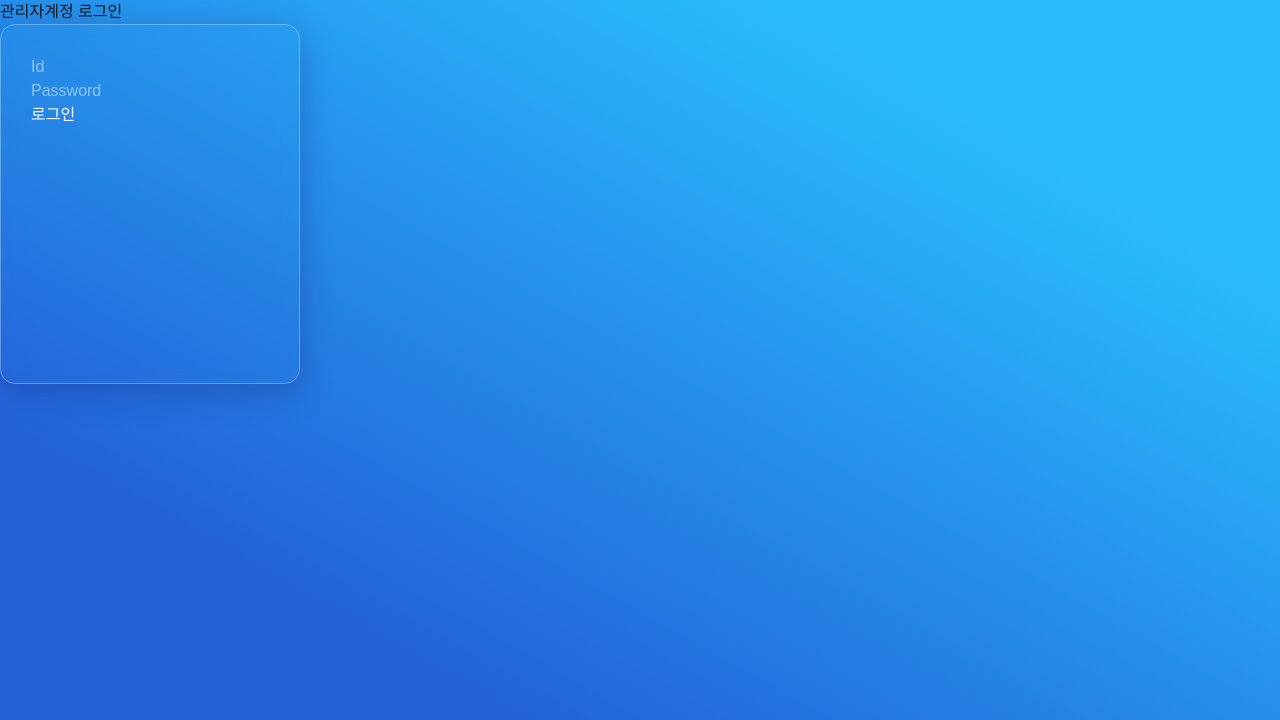
Repository: LEEYONGJUN3068/cms
Page: /login
An editor plug-in stored every save of this project. The page is shown before and after the next save, followed by the edit.
The browser window is 1280 px wide. The pictures show the whole page.
The page's requests for data from a server got no answer. The project was rebuilt for these pictures with package versions that can differ from the ones it lists, and the page was loaded fresh each time. The framework's server and built-in components were replaced by stand-ins that run in the browser. No one was signed in, and anything a server would have sent is missing. Also part of the build but not shown: next.config.mjs.

Above is the page before, as saved 2025-09-23 13:27:08.

### src/app/layout.js
import { Geist, Geist_Mono } from "next/font/google";
import "./globals.css";
import AppLoader from "@/components/AppLoader";

const geistSans = Geist({
  variable: "--font-geist-sans",
  subsets: ["latin"],
});

const geistMono = Geist_Mono({
  variable: "--font-geist-mono",
  subsets: ["latin"],
});

export const metadata = {
  title: "Create Next App",
  description: "Generated by create next app",
};

export default function RootLayout({ children }) {
  return (
    <html lang="en">
      <body
        className={`${geistSans.variable} ${geistMono.variable} antialiased`}
      >
        <AppLoader>{children}</AppLoader>
      </body>
    </html>
  );
}

### src/app/login/page.jsx
'use client'
import { useState } from 'react'
import { supabase } from '@/lib/supabaseClient'
import { useRouter } from 'next/navigation'
import styles from './login.module.scss'

export default function Login() {
  const [email,setEmail] = useState('')
  const [password,setPassword] = useState('')
  const router = useRouter()

  const handleLogin = async (e) => {
    e.preventDefault()
    const { data, error } = await supabase.auth.signInWithPassword({ email, password })
    if (error) alert(error.message)
    else router.push('/dashboard')
  }

  return (
    <div className={styles.loginContainer}>
      <h2>관리자계정 로그인</h2>
      <div className={styles.form}>
        <form onSubmit={handleLogin}>
          <input
            type="email"
            placeholder="Id"
            value={email}
            onChange={(e)=>setEmail(e.target.value)}
            required
          />
          <input
            type="password"
            placeholder="Password"
            value={password}
            onChange={(e)=>setPassword(e.target.value)}
            required
          />
          <button type="submit">로그인</button>
        </form>
      </div>
    </div>
  )
}

### src/components/AppLoader.jsx
"use client";

import { useState, useEffect } from "react";
import dynamic from 'next/dynamic'; // dynamic import 추가

// LoadingScreen 컴포넌트를 dynamic으로 불러오고, ssr을 false로 설정합니다.
// 이렇게 하면 이 컴포넌트는 오직 브라우저에서만 렌더링됩니다.
const LoadingScreen = dynamic(() => import('./LoadingScreen'), { ssr: false });

const AppLoader = ({ children }) => {
  const [loading, setLoading] = useState(true);

  useEffect(() => {
    const isFirstVisit = sessionStorage.getItem("isFirstVisit");

    if (isFirstVisit) {
      setLoading(false);
    } else {
      sessionStorage.setItem("isFirstVisit", "false");
      setTimeout(() => {
        setLoading(false);
      }, 3000);
    }
  }, []);

  return loading ? <LoadingScreen /> : <>{children}</>;
};

export default AppLoader;

### src/app/login/login.module.scss
.loginContainer{
    background: linear-gradient(to bottom left, #29bcfd 20%, #2362d7 80%);
    width: 100%;
    height: 100vh;

    .form{
        width: 50%;
        height: 50vh;

  /* 2. 블러 효과: 배경을 흐릿하게 만듦 */
  backdrop-filter: blur(10px);
  -webkit-backdrop-filter: blur(10px); /* Safari 브라우저 지원 */

  /* 3. 테두리: 빛나는 테두리 효과 */
  border: 1px solid rgba(255, 255, 255, 0.3);

  /* 4. 그림자: 입체감 부여 */
  box-shadow: 0 8px 32px 0 rgba(31, 38, 135, 0.37);

  /* 기타 스타일 */
  border-radius: 15px;
  padding: 30px;
  width: 300px;
  color: white;
    }
}

### src/components/LoadingScreen.jsx
"use client";

// lottie-react에서 Player를 가져옵니다.
import { Player } from "@lottiefiles/react-lottie-player";

const LoadingScreen = () => {
  return (
    <div style={{
      position: 'fixed',
      top: 0,
      left: 0,
      width: '100%',
      height: '100%',
      backgroundColor: '#000',
      display: 'flex',
      flexDirection: 'column',
      justifyContent: 'center',
      alignItems: 'center',
      zIndex: 9999,
    }}>
        <p style={{
            fontSize: 'clamp(0px, 5vw, 32px)',
            fontWeight: 'bold',
        }}>
          포트폴리오 화면을 구성중입니다
        </p>
        <Player
          autoplay
          loop
          src="https://lottie.host/dfe9ce55-f0b7-4bb0-bcd2-241897b61dec/JhkEyDhSuU.json"
          style={{ width: 'clamp(0px, 50vw, 300px)', height: 'auto' }}
        />
    </div>
  );
};

export default LoadingScreen;

Loaded but not shown: src/app/globals.css (common file); src/lib/supabaseClient.js (common file)

After the next save:
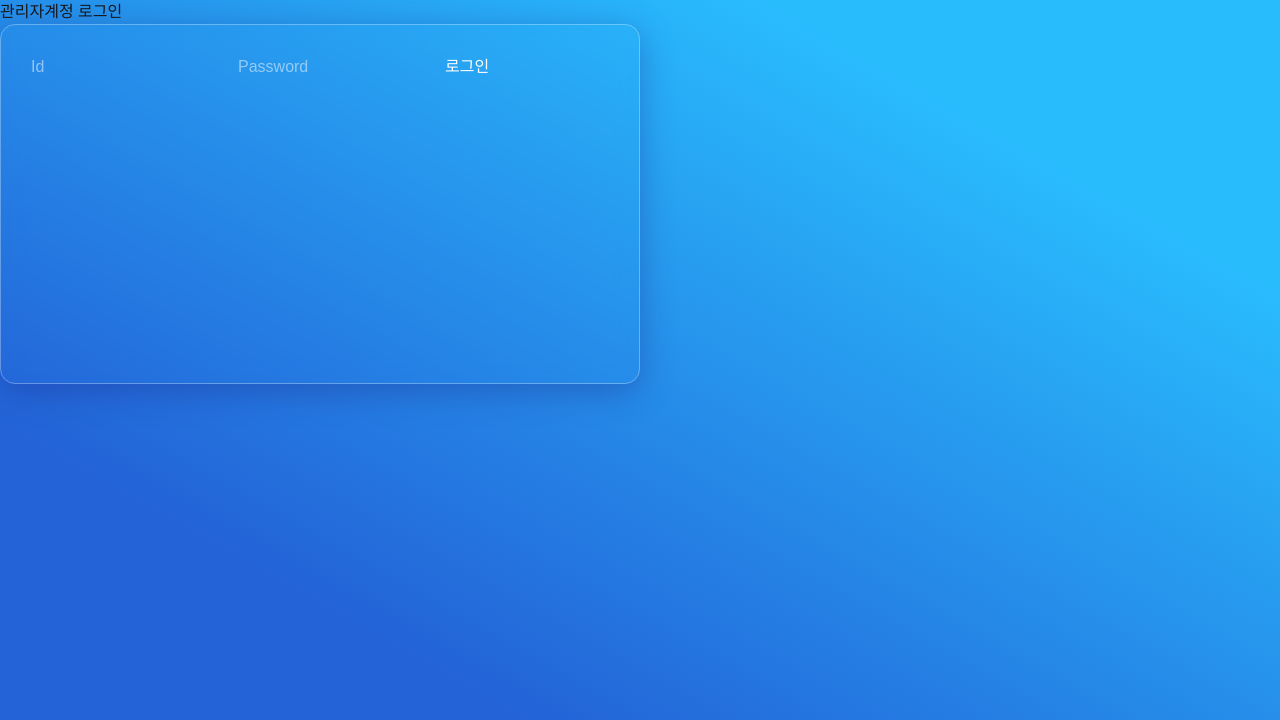
Saved 44 s later.
--- a/src/app/login/login.module.scss
+++ b/src/app/login/login.module.scss
@@ -6,21 +6,12 @@
     .form{
         width: 50%;
         height: 50vh;
-
-  /* 2. 블러 효과: 배경을 흐릿하게 만듦 */
-  backdrop-filter: blur(10px);
-  -webkit-backdrop-filter: blur(10px); /* Safari 브라우저 지원 */
-
-  /* 3. 테두리: 빛나는 테두리 효과 */
-  border: 1px solid rgba(255, 255, 255, 0.3);
-
-  /* 4. 그림자: 입체감 부여 */
-  box-shadow: 0 8px 32px 0 rgba(31, 38, 135, 0.37);
-
-  /* 기타 스타일 */
-  border-radius: 15px;
-  padding: 30px;
-  width: 300px;
-  color: white;
+        backdrop-filter: blur(10px);
+        -webkit-backdrop-filter: blur(10px); /* Safari 브라우저 지원 */
+        border: 1px solid rgba(255, 255, 255, 0.3);
+        box-shadow: 0 8px 32px 0 rgba(31, 38, 135, 0.37);
+        border-radius: 15px;
+        padding: 30px;
+        color: white;
     }
 }
